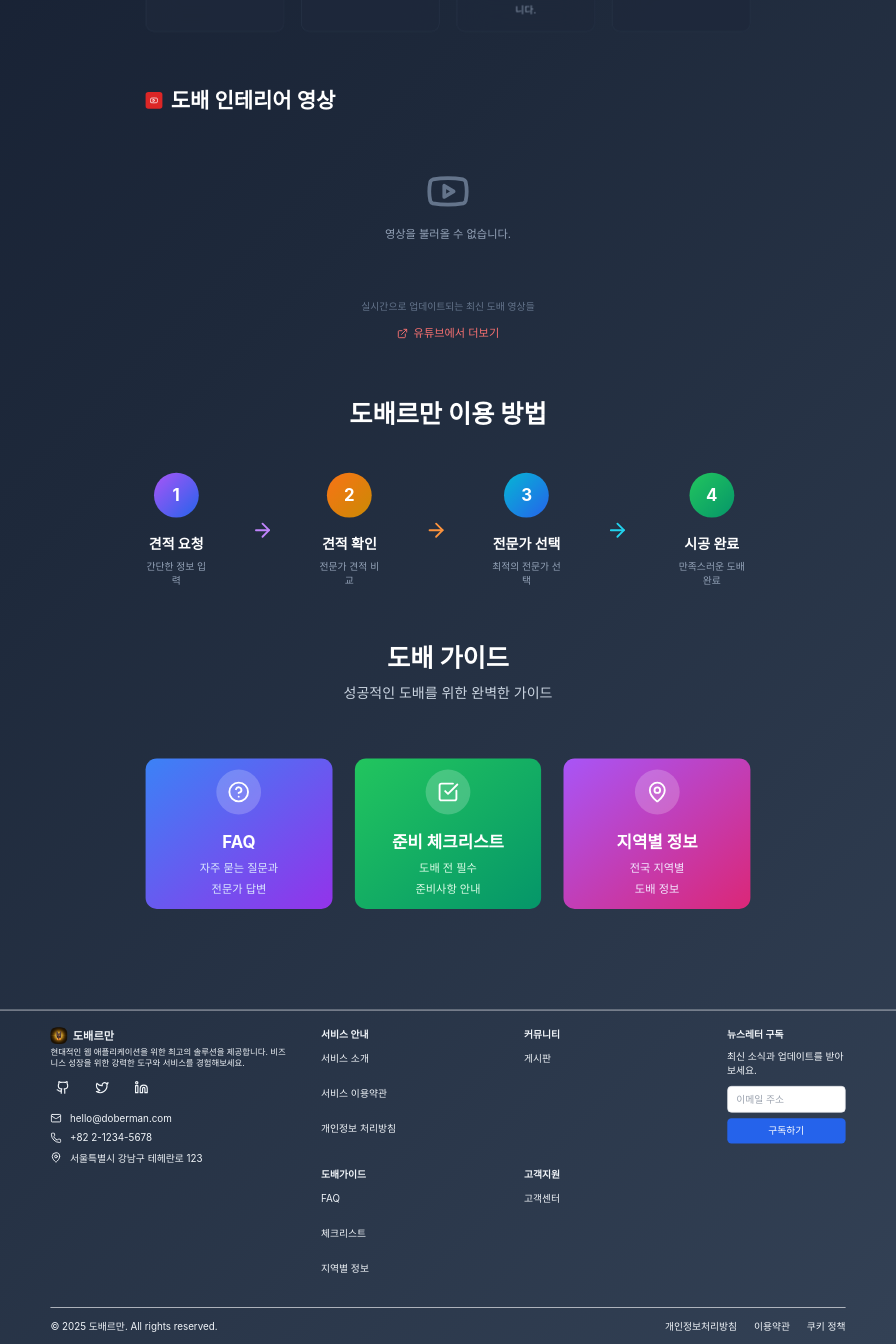
Repository: rambozzang/doberman_nextjs
Page: /
These files come from the project's save history. The page is drawn as it stood at one moment and after the next save; the edit follows.
The browser window is 1280 px wide. The pictures show the part of the page from y = 1559 to 3479 px (the page is 3479 px tall), at 70% of full size.
The page's requests for data from a server got no answer. The project was rebuilt for these pictures with package versions that can differ from the ones it lists, and the page was loaded fresh each time. The framework's server and built-in components were replaced by stand-ins that run in the browser. No one was signed in, and anything a server would have sent is missing. Also part of the build but not shown: next.config.mjs, next.config.ts, src/components/AutoLogoutWarning.tsx, src/components/ForgotPasswordModal.tsx, src/components/LoginModal.tsx, src/components/RegisterModal.tsx.

Above is the page before, as saved 2025-06-28 01:26:12.

### src/components/Footer.tsx
"use client";

import React, { useState } from "react";
import Link from "next/link";
import { motion, AnimatePresence } from "framer-motion";
import { Github, Twitter, Linkedin, Mail, Phone, MapPin, ChevronDown } from "lucide-react";

import Image from "next/image";

interface FooterLink {
  title: string;
  href: string;
}

interface FooterSection {
  title: string;
  links: FooterLink[];
}

interface SocialLink {
  name: string;
  href: string;
  icon: React.ReactNode;
}

interface FooterProps {
  logo?: string;
  description?: string;
  sections?: FooterSection[];
  socialLinks?: SocialLink[];
  contactInfo?: {
    email?: string;
    phone?: string;
    address?: string;
  };
  showNewsletter?: boolean;
}

const defaultSections: FooterSection[] = [
  {
    title: "서비스 안내",
    links: [
      { title: "서비스 소개", href: "/service-intro" },
      { title: "서비스 이용약관", href: "/terms-of-service" },
      { title: "개인정보 처리방침", href: "/privacy-policy" },
    ],
  },
  {
    title: "커뮤니티",
    links: [{ title: "게시판", href: "/board" }],
  },
  {
    title: "도배가이드",
    links: [
      { title: "FAQ", href: "/faq" },
      { title: "체크리스트", href: "/checklist" },
      { title: "지역별 정보", href: "/regional-guide" },
    ],
  },
  {
    title: "고객지원",
    links: [{ title: "고객센터", href: "/customer-support" }],
  },
];

const defaultSocialLinks: SocialLink[] = [
  {
    name: "GitHub",
    href: "https://github.com",
    icon: <Github className="w-5 h-5" />,
  },
  {
    name: "Twitter",
    href: "https://twitter.com",
    icon: <Twitter className="w-5 h-5" />,
  },
  {
    name: "LinkedIn",
    href: "https://linkedin.com",
    icon: <Linkedin className="w-5 h-5" />,
  },
];

const Footer: React.FC<FooterProps> = ({
  logo = "도배르만",
  description = "현대적인 웹 애플리케이션을 위한 최고의 솔루션을 제공합니다. 비즈니스 성장을 위한 강력한 도구와 서비스를 경험해보세요.",
  sections = defaultSections,
  socialLinks = defaultSocialLinks,
  contactInfo = {
    email: "hello@doberman.com",
    phone: "+82 2-1234-5678",
    address: "서울특별시 강남구 테헤란로 123",
  },
  showNewsletter = true,
}) => {
  // 모바일 아코디언 상태 관리
  const [expandedSections, setExpandedSections] = useState<Record<string, boolean>>({});

  // 아코디언 토글 함수
  const toggleSection = (sectionTitle: string) => {
    setExpandedSections(prev => ({
      ...prev,
      [sectionTitle]: !prev[sectionTitle]
    }));
  };

  const handleNewsletterSubmit = (e: React.FormEvent) => {
    e.preventDefault();
    // 뉴스레터 구독 로직
    console.log("뉴스레터 구독");
  };

  return (
    <footer className="bg-background border-t border-border">
      <div className="container mx-auto px-4 sm:px-6 lg:px-8">
        {/* Main Footer Content */}
        <div className="py-4 sm:py-6 lg:py-6">
          <div className="grid grid-cols-1 md:grid-cols-2 lg:grid-cols-12 gap-3 sm:gap-4 lg:gap-6">
            {/* Company Info */}
            <div className="md:col-span-2 lg:col-span-4 space-y-2 sm:space-y-3 lg:space-y-2">
              <motion.div
                initial={{ opacity: 0, y: 20 }}
                whileInView={{ opacity: 1, y: 0 }}
                transition={{ duration: 0.5 }}
                viewport={{ once: true }}
              >
                <Link href="/" className="flex items-center space-x-2 mb-1 sm:mb-2 lg:mb-1">
                  <Image src="/logo.png" alt="logo" width={20} height={20} className="sm:w-6 sm:h-6 lg:w-6 lg:h-6" />
                  <span className="text-sm sm:text-base lg:text-base font-bold text-foreground">{logo}</span>
                </Link>
                <p className="text-muted-foreground text-xs sm:text-sm lg:text-xs leading-snug pr-4 line-clamp-2">
                  {description}
                </p>
              </motion.div>

              {/* Social Links */}
              <motion.div
                initial={{ opacity: 0, y: 20 }}
                whileInView={{ opacity: 1, y: 0 }}
                transition={{ duration: 0.5, delay: 0.1 }}
                viewport={{ once: true }}
                className="flex space-x-2 sm:space-x-3 lg:space-x-3"
              >
                {socialLinks.map((social) => (
                  <motion.a
                    key={social.name}
                    href={social.href}
                    target="_blank"
                    rel="noopener noreferrer"
                    whileHover={{ scale: 1.1 }}
                    whileTap={{ scale: 0.95 }}
                    className="p-1.5 sm:p-2 lg:p-2 rounded-lg bg-accent/50 text-muted-foreground hover:text-foreground hover:bg-accent transition-colors touch-target"
                    aria-label={social.name}
                  >
                    <div className="w-4 h-4 sm:w-4 sm:h-4 lg:w-4 lg:h-4">
                      {social.icon}
                    </div>
                  </motion.a>
                ))}
              </motion.div>

              {/* Contact Info */}
              {contactInfo && (
                <motion.div
                  initial={{ opacity: 0, y: 20 }}
                  whileInView={{ opacity: 1, y: 0 }}
                  transition={{ duration: 0.5, delay: 0.2 }}
                  viewport={{ once: true }}
                  className="space-y-1.5 sm:space-y-2 lg:space-y-2"
                >
                  {contactInfo.email && (
                    <div className="flex items-center space-x-2 sm:space-x-3 text-xs sm:text-sm text-muted-foreground">
                      <Mail className="w-3 h-3 sm:w-4 sm:h-4 flex-shrink-0" />
                      <span className="break-all">{contactInfo.email}</span>
                    </div>
                  )}
                  {contactInfo.phone && (
                    <div className="flex items-center space-x-2 sm:space-x-3 text-xs sm:text-sm text-muted-foreground">
                      <Phone className="w-3 h-3 sm:w-4 sm:h-4 flex-shrink-0" />
                      <span>{contactInfo.phone}</span>
                    </div>
                  )}
                  {contactInfo.address && (
                    <div className="flex items-start space-x-2 sm:space-x-3 text-xs sm:text-sm text-muted-foreground">
                      <MapPin className="w-3 h-3 sm:w-4 sm:h-4 flex-shrink-0 mt-0.5" />
                      <span className="leading-relaxed">{contactInfo.address}</span>
                    </div>
                  )}
                </motion.div>
              )}
            </div>

            {/* Footer Links */}
            <div className="md:col-span-2 lg:col-span-6">
              {/* 데스크톱 버전 - 기존 그리드 */}
              <div className="hidden md:grid grid-cols-2 gap-3 sm:gap-4 lg:gap-6">
                {sections.map((section, index) => (
                  <motion.div
                    key={section.title}
                    initial={{ opacity: 0, y: 20 }}
                    whileInView={{ opacity: 1, y: 0 }}
                    transition={{ duration: 0.5, delay: index * 0.1 }}
                    viewport={{ once: true }}
                    className="space-y-2 sm:space-y-3 lg:space-y-3"
                  >
                    <h3 className="text-xs sm:text-sm lg:text-sm font-semibold text-foreground">
                      {section.title}
                    </h3>
                    <ul className="space-y-1 sm:space-y-1.5 lg:space-y-1.5">
                      {section.links.map((link) => (
                        <li key={link.title}>
                          <Link
                            href={link.href}
                            className="text-xs sm:text-sm lg:text-sm text-muted-foreground hover:text-foreground transition-colors block py-0.5 lg:py-0.5 touch-target"
                          >
                            {link.title}
                          </Link>
                        </li>
                      ))}
                    </ul>
                  </motion.div>
                ))}
              </div>

              {/* 모바일 버전 - 아코디언 */}
              <div className="md:hidden space-y-2">
                {sections.map((section, index) => (
                  <motion.div
                    key={section.title}
                    initial={{ opacity: 0, y: 20 }}
                    whileInView={{ opacity: 1, y: 0 }}
                    transition={{ duration: 0.5, delay: index * 0.1 }}
                    viewport={{ once: true }}
                    className="border border-slate-700/30 rounded-lg bg-slate-800/20 overflow-hidden"
                  >
                    {/* 아코디언 헤더 */}
                    <button
                      onClick={() => toggleSection(section.title)}
                      className="w-full flex items-center justify-between p-4 text-left hover:bg-slate-700/20 transition-colors touch-target"
                    >
                      <h3 className="text-sm font-semibold text-foreground">
                        {section.title}
                      </h3>
                      <motion.div
                        animate={{ rotate: expandedSections[section.title] ? 180 : 0 }}
                        transition={{ duration: 0.2 }}
                      >
                        <ChevronDown className="w-4 h-4 text-muted-foreground" />
                      </motion.div>
                    </button>

                    {/* 아코디언 컨텐츠 */}
                    <AnimatePresence>
                      {expandedSections[section.title] && (
                        <motion.div
                          initial={{ height: 0, opacity: 0 }}
                          animate={{ height: "auto", opacity: 1 }}
                          exit={{ height: 0, opacity: 0 }}
                          transition={{ duration: 0.3, ease: "easeInOut" }}
                          className="overflow-hidden"
                        >
                          <div className="px-4 pb-4 border-t border-slate-700/30">
                            <ul className="space-y-2 pt-3">
                              {section.links.map((link) => (
                                <motion.li
                                  key={link.title}
                                  initial={{ opacity: 0, x: -10 }}
                                  animate={{ opacity: 1, x: 0 }}
                                  transition={{ duration: 0.2 }}
                                >
                                  <Link
                                    href={link.href}
                                    className="text-sm text-muted-foreground hover:text-foreground transition-colors block py-2 px-2 rounded hover:bg-slate-700/20 touch-target"
                                  >
                                    {link.title}
                                  </Link>
                                </motion.li>
                              ))}
                            </ul>
                          </div>
                        </motion.div>
                      )}
                    </AnimatePresence>
                  </motion.div>
                ))}
              </div>
            </div>

            {/* Newsletter */}
            {showNewsletter && (
              <div className="md:col-span-2 lg:col-span-2">
                <motion.div
                  initial={{ opacity: 0, y: 20 }}
                  whileInView={{ opacity: 1, y: 0 }}
                  transition={{ duration: 0.5, delay: 0.3 }}
                  viewport={{ once: true }}
                  className="space-y-3 lg:space-y-3"
                >
                  <h3 className="text-xs sm:text-sm lg:text-sm font-semibold text-foreground">
                    뉴스레터 구독
                  </h3>
                  <p className="text-xs sm:text-sm lg:text-sm text-muted-foreground">
                    최신 소식과 업데이트를 받아보세요.
                  </p>
                  <form onSubmit={handleNewsletterSubmit} className="space-y-2 lg:space-y-2">
                    <input
                      type="email"
                      placeholder="이메일 주소"
                      className="w-full px-2.5 py-1.5 lg:px-3 lg:py-2 text-xs lg:text-sm bg-background border border-border rounded-md focus:outline-none focus:ring-2 focus:ring-primary focus:border-transparent"
                      required
                    />
                    <button
                      type="submit"
                      className="w-full px-2.5 py-1.5 lg:px-3 lg:py-2 text-xs lg:text-sm bg-blue-600 text-white rounded-md hover:bg-blue-700 transition-colors"
                    >
                      구독하기
                    </button>
                  </form>
                </motion.div>
              </div>
            )}
          </div>
        </div>

        {/* Bottom Bar */}
        <motion.div
          initial={{ opacity: 0 }}
          whileInView={{ opacity: 1 }}
          transition={{ duration: 0.5, delay: 0.4 }}
          viewport={{ once: true }}
          className="py-4 lg:py-4 border-t border-border"
        >
          <div className="flex flex-col md:flex-row justify-between items-center space-y-2 md:space-y-0">
            <div className="text-xs sm:text-sm lg:text-sm text-muted-foreground">
              © {new Date().getFullYear()} {logo}. All rights reserved.
            </div>
            <div className="flex space-x-4 lg:space-x-6">
              <Link
                href="/privacy"
                className="text-xs sm:text-sm lg:text-sm text-muted-foreground hover:text-foreground transition-colors"
              >
                개인정보처리방침
              </Link>
              <Link
                href="/terms"
                className="text-xs sm:text-sm lg:text-sm text-muted-foreground hover:text-foreground transition-colors"
              >
                이용약관
              </Link>
              <Link
                href="/cookies"
                className="text-xs sm:text-sm lg:text-sm text-muted-foreground hover:text-foreground transition-colors"
              >
                쿠키 정책
              </Link>
            </div>
          </div>
        </motion.div>
      </div>
    </footer>
  );
};

export default Footer;

Loaded but not shown: tailwind.config.js (145 lines, source omitted); src/app/page.tsx (898 lines, source omitted); src/components/Header.tsx (549 lines, source omitted); src/app/globals.css (891 lines, source omitted); src/lib/api.ts (171 lines, source omitted); src/services/authService.ts (116 lines, source omitted); src/hooks/useAutoLogout.ts (132 lines, source omitted); src/lib/auth.ts (101 lines, source omitted); src/hooks/useAuth.ts (100 lines, source omitted); src/store/useStore.ts (38 lines, source omitted); src/components/AdSense.tsx (41 lines, source omitted); src/providers/GlobalProvider.tsx (31 lines, source omitted); src/providers/QueryProvider.tsx (25 lines, source omitted); src/services/youtubeService.ts (9 lines, source omitted); src/app/layout.tsx (264 lines, source omitted)

After the next save:
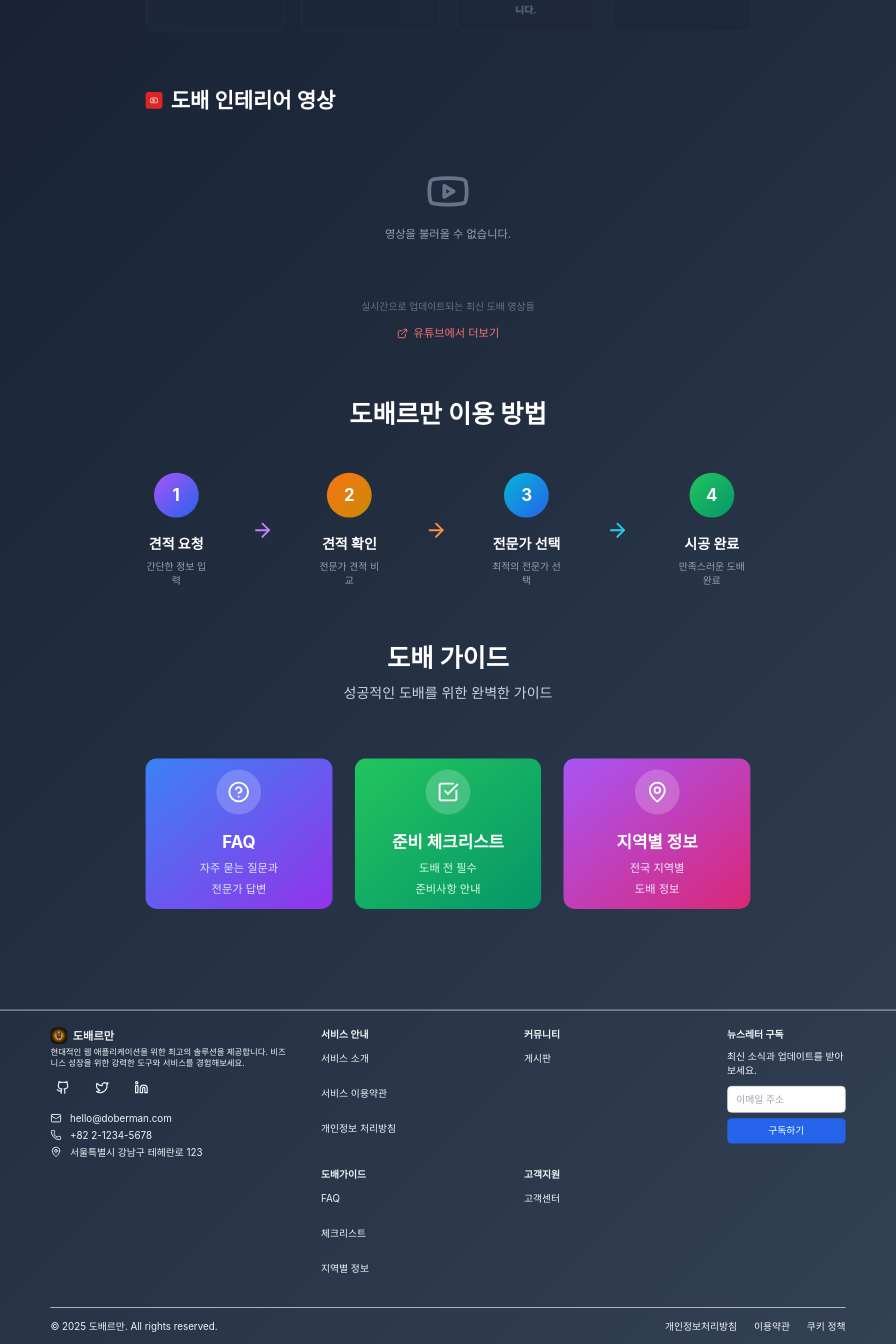
Saved 7 s later.
--- a/src/components/Footer.tsx
+++ b/src/components/Footer.tsx
@@ -166,7 +166,7 @@ const Footer: React.FC<FooterProps> = ({
                   whileInView={{ opacity: 1, y: 0 }}
                   transition={{ duration: 0.5, delay: 0.2 }}
                   viewport={{ once: true }}
-                  className="space-y-1.5 sm:space-y-2 lg:space-y-2"
+                  className="space-y-1 sm:space-y-1.5 lg:space-y-1"
                 >
                   {contactInfo.email && (
                     <div className="flex items-center space-x-2 sm:space-x-3 text-xs sm:text-sm text-muted-foreground">
